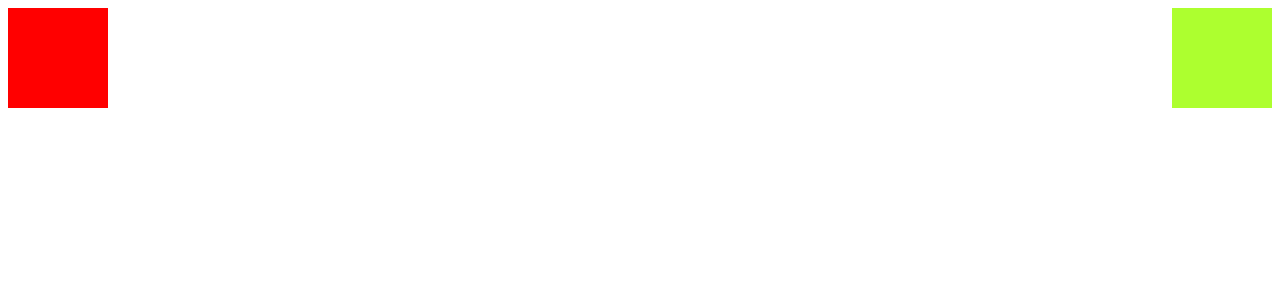
Repository: zhengdeya/web-based
Page: 35-浮动/02-浮动特性.html
The author's editor kept a copy of each file at every save. The page is drawn from the files as they stood at one save, then again after the next save.
The browser window is 1280 px wide. The pictures show the whole page.

Above is the page before, as saved 2021-04-12 20:37:16.

After the next save:
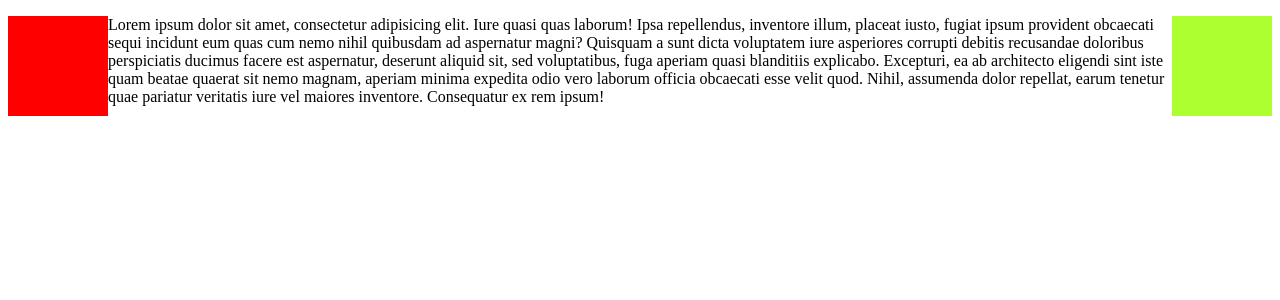
Saved 26 s later.
--- a/35-浮动/02-浮动特性.html
+++ b/35-浮动/02-浮动特性.html
@@ -32,6 +32,14 @@
         <div class="son1"></div>
         <div class="son2"></div>
     </div>
+    <p>Lorem ipsum dolor sit amet, consectetur adipisicing elit. Iure quasi quas laborum! Ipsa repellendus, inventore
+        illum, placeat iusto, fugiat ipsum provident obcaecati sequi incidunt eum quas cum nemo nihil quibusdam ad
+        aspernatur magni? Quisquam a sunt dicta voluptatem iure asperiores corrupti debitis recusandae doloribus
+        perspiciatis ducimus facere est aspernatur, deserunt aliquid sit, sed voluptatibus, fuga aperiam quasi
+        blanditiis explicabo. Excepturi, ea ab architecto eligendi sint iste quam beatae quaerat sit nemo magnam,
+        aperiam minima expedita odio vero laborum officia obcaecati esse velit quod. Nihil, assumenda dolor repellat,
+        earum tenetur quae pariatur veritatis iure vel maiores inventore. Consequatur ex rem ipsum!
+    </p>
 </body>
 
 </html>

After the save that followed:
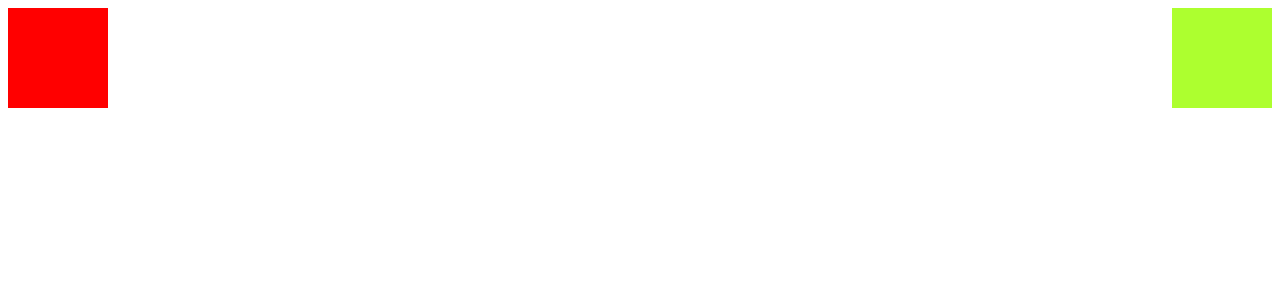
Saved 31 s later.
--- a/35-浮动/02-浮动特性.html
+++ b/35-浮动/02-浮动特性.html
@@ -32,14 +32,7 @@
         <div class="son1"></div>
         <div class="son2"></div>
     </div>
-    <p>Lorem ipsum dolor sit amet, consectetur adipisicing elit. Iure quasi quas laborum! Ipsa repellendus, inventore
-        illum, placeat iusto, fugiat ipsum provident obcaecati sequi incidunt eum quas cum nemo nihil quibusdam ad
-        aspernatur magni? Quisquam a sunt dicta voluptatem iure asperiores corrupti debitis recusandae doloribus
-        perspiciatis ducimus facere est aspernatur, deserunt aliquid sit, sed voluptatibus, fuga aperiam quasi
-        blanditiis explicabo. Excepturi, ea ab architecto eligendi sint iste quam beatae quaerat sit nemo magnam,
-        aperiam minima expedita odio vero laborum officia obcaecati esse velit quod. Nihil, assumenda dolor repellat,
-        earum tenetur quae pariatur veritatis iure vel maiores inventore. Consequatur ex rem ipsum!
-    </p>
+
 </body>
 
 </html>
